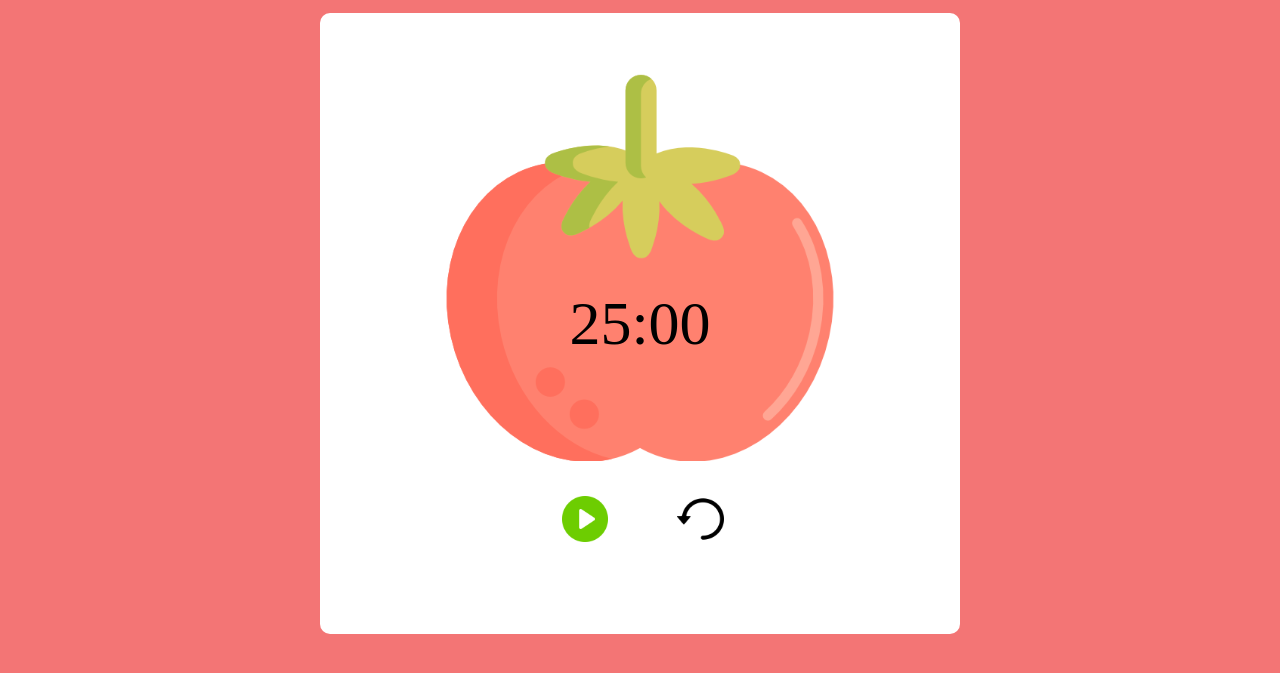
Repository: Dirlandia404/pomodoro
Page: /
An editor plug-in stored every save of this project. The page is shown before and after a run of saves, followed by the edit.
The browser window is 1280 px wide. The pictures show the whole page.
The project was rebuilt for these pictures with package versions that can differ from the ones it lists, and the page was loaded fresh each time.

Above is the page before, as saved 2021-11-25 11:15:28.

After the next 2 saves:
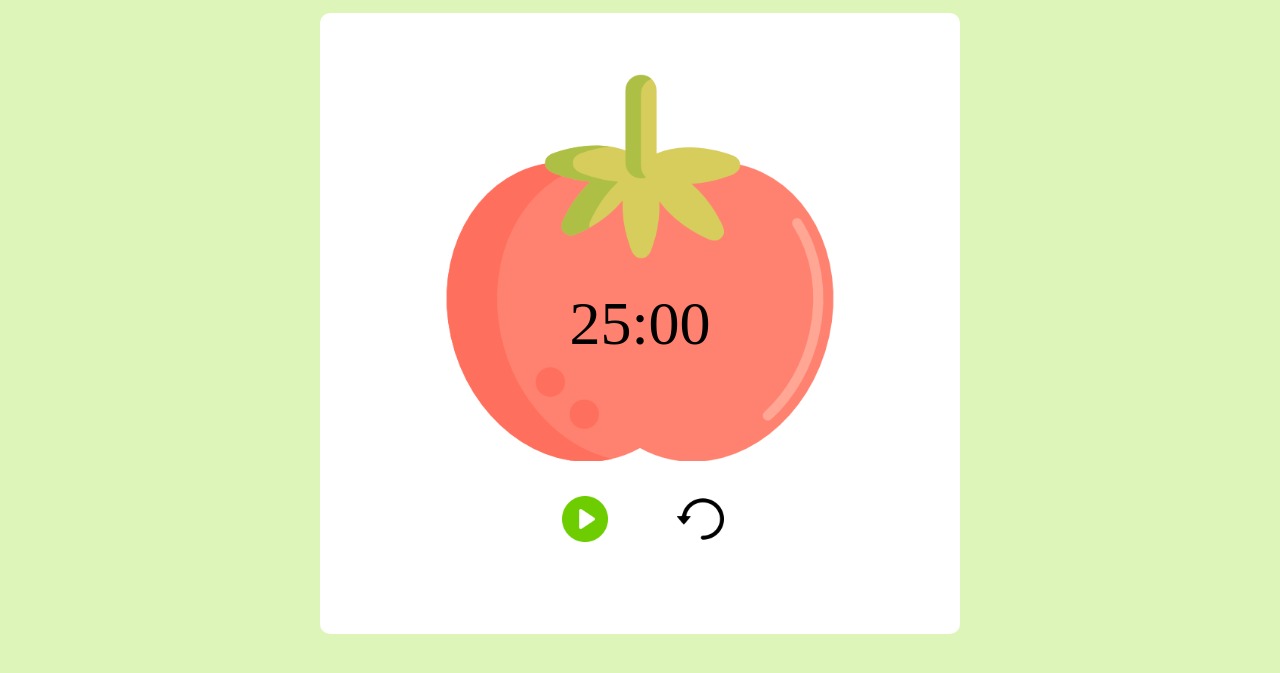
The 2 saves are shown as one change because they came seconds apart.
The last was saved 18 s later.
--- a/src/componentes/componente.css
+++ b/src/componentes/componente.css
@@ -4,7 +4,7 @@
     padding: 0;
 }
 body{
-    background-color: rgb(243, 117, 117);
+    background-color: rgba(179, 233, 93, 0.432);
 
     display: flex;
 
